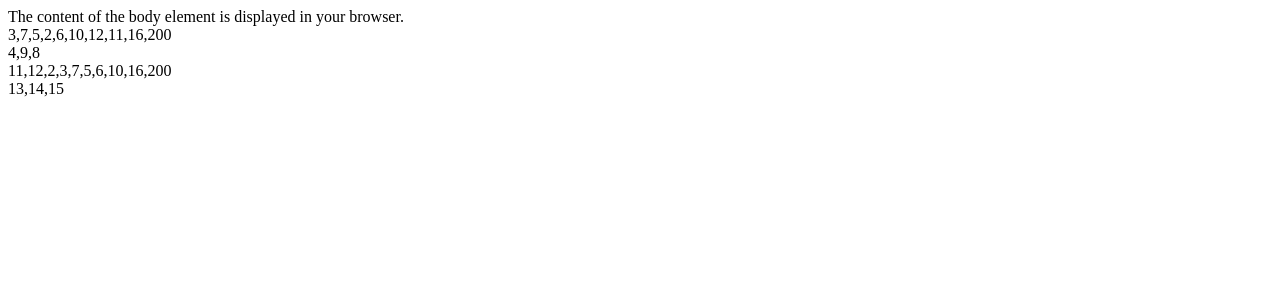
Repository: gperilli/truchetTilingGenerator
Page: test.html
These files come from the project's save history. The page is drawn as it stood at one moment and after the next save; the edit follows.
The browser window is 1280 px wide. The pictures show the whole page.

Above is the page before, as saved 2023-04-19 01:02:16.

### test.html
<!DOCTYPE html>
<html>

<body>
The content of the body element is displayed in your browser.
<br>
<span id="output"></span>
</body>

</html>

<script>

let unsortedArray = [
	[3, 7],
    [5, 7],
    [3, 2],
    [6, 7],
    [4, 9],
    [9, 8],
    [10, 3],
    [11, 12],
    [12, 2],
    [12, 16],
    [13, 14],
    [14, 15],
    [16, 200]
]

let joinerArray = [];
let labeledArray = [];
for (let i = 0; i < unsortedArray.length; i++) {
    labeledArray[i] = {group: unsortedArray[i], sorted: false}
}


labeledArray.forEach((labeledChunk) => {

    if (labeledChunk.sorted == false) {
        joinerArray.forEach((joinerSubArray) => {
            joinerSubArray.forEach((joinerSubArrayItem) => {
                if (joinerSubArrayItem == labeledChunk.group[0]) {
                    if (joinerSubArray.includes(labeledChunk.group[0]) == false) {
                        joinerSubArray.push(labeledChunk.group[0]);
                    }
                    joinerSubArray.push(labeledChunk.group[1]);
                    labeledChunk.sorted = true;
                } else if (joinerSubArrayItem == labeledChunk.group[1]) {
                    if (joinerSubArray.includes(labeledChunk.group[1]) == false) {
                        joinerSubArray.push(labeledChunk.group[1]);
                    }
                    joinerSubArray.push(labeledChunk.group[0]);
                    labeledChunk.sorted = true;
                }
            })
        })

        if (labeledChunk.sorted == false) {
            joinerArray.push(labeledChunk.group);
            labeledChunk.sorted = true;
        }
    }

    joinerArray.forEach((joinerSubArray) => {
        joinerArray.forEach((joinerSubArrayComparison) => {
            if (joinerSubArray != joinerSubArrayComparison) {
                joinerSubArray.forEach((joinerSubArrayItem) => {
                    if (joinerSubArrayComparison.includes(joinerSubArrayItem)) {
                        joinerSubArrayComparison.forEach((joinerSubArrayComparisonItem) => {
                            if (joinerSubArray.includes(joinerSubArrayComparisonItem) == false) {
                                joinerSubArray.push(joinerSubArrayComparisonItem)
                            }
                        })
                    }
                })
            }
        })
    })

})



let outputArray = [[1, 2], [3, 4], [5, 6]];

joinerArray.forEach((subArray) => {
document.querySelector("#output").insertAdjacentHTML("beforeend", `<span>${subArray}</span><br>`)
})



</script>

After the next save:
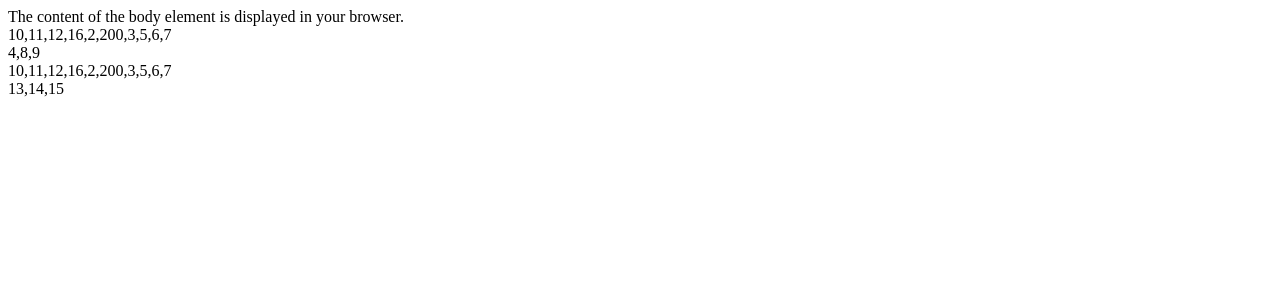
Saved 4 min 42 s later.
--- a/test.html
+++ b/test.html
@@ -79,6 +79,10 @@ labeledArray.forEach((labeledChunk) => {
 
 })
 
+joinerArray.forEach((joinerArraySubArray) => {
+    joinerArraySubArray.sort()
+})
+
 
 
 let outputArray = [[1, 2], [3, 4], [5, 6]];
